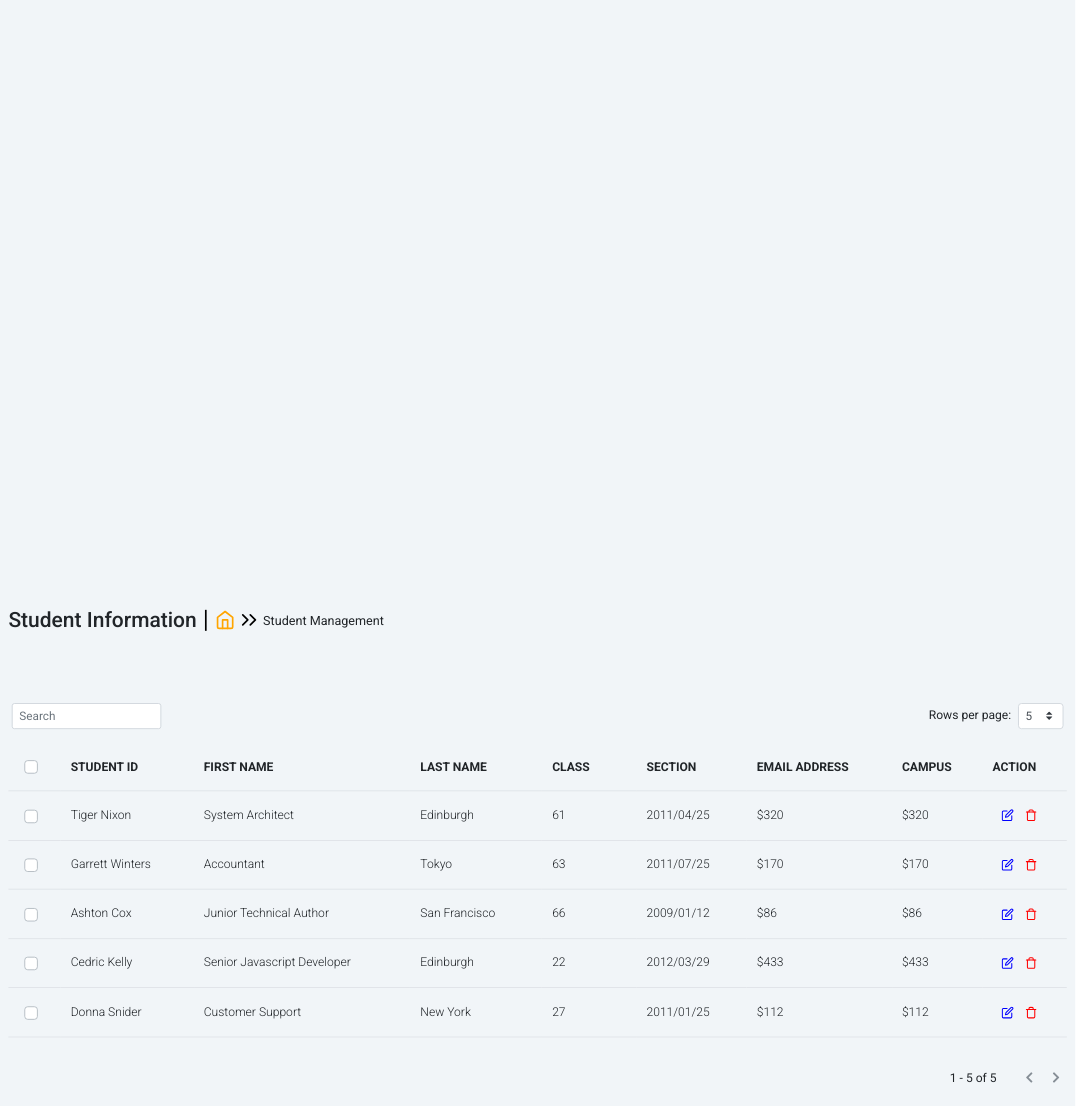
Repository: deepakrajput1998/hestabit_assignment
Page: /
The author's editor kept a copy of each file at every save. The page is drawn from the files as they stood at one save, then again after the next save.
The browser window is 1280 px wide. The page is 1285 px wide, so the pictures cover 1285 px, including what lies to the right of the window. The pictures show the whole page, at 84% of full size.
The project was rebuilt for these pictures with package versions that can differ from the ones it lists, and the page was loaded fresh each time.

Above is the page before, as saved 2021-07-25 05:19:31.

### src/index.js
import React from 'react';
import ReactDOM from 'react-dom';
import './index.css';
import App from './App';
import reportWebVitals from './reportWebVitals';
import "@fortawesome/fontawesome-free/css/all.min.css";
import "bootstrap-css-only/css/bootstrap.min.css";
import "mdbreact/dist/css/mdb.css";
ReactDOM.render(
  <React.StrictMode>
    <App />
  </React.StrictMode>,
  document.getElementById('root')
);

// If you want to start measuring performance in your app, pass a function
// to log results (for example: reportWebVitals(console.log))
// or send to an analytics endpoint. Learn more: https://bit.ly/CRA-vitals
reportWebVitals();

### src/Pages/StudentListing/StudentListing.js
import React from 'react'
import classes from "./StudentListing.module.css";
import {Home ,ChevronRight} from 'react-feather'
import DataTable from '../../Component/Common/DataTable/DataTable';
import { Sidedrawer } from '../../Component/Sidedrawer/Sidedrawer';
import { useRef } from 'react';
import Backdrop from '../../Component/Common/Backdrop/Backdrop';
const StudentListing = () => {
   const sideDrawerRef= useRef()
    return (
      <div>
          <Backdrop/>
        <Sidedrawer sideDrawerRef={sideDrawerRef} />
        <div className={classes.StudentListing_header}>
          <span className={classes.StudentListing_title}>
            Student Information
          </span>
          <div className={classes.StudentListing_seprator}></div>
          <span style={{ marginTop: "5px" }}>
            {" "}
            <Home color="orange" />
          </span>
          <span style={{ marginTop: "5px" }}>
            {" "}
            <ChevronRight color="black" />
            <ChevronRight style={{ marginLeft: "-15px" }} color="black" />
          </span>
          <span className={classes.StudentListing_title2}>
            Student Management
          </span>
        </div>
        <div className="">
          <DataTable sideDrawerRef={sideDrawerRef} />
        </div>
      </div>
    );
}

export default StudentListing

### src/Pages/StudentListing/StudentListing.module.css
.StudentListing_title{
    font-size: 25px;
    font-weight: 500;
}
.StudentListing_title2{
    font-size: 15px;
    font-weight: 400;
     margin-block: auto;
}
.StudentListing_seprator{
    height: 25px;
    width:2px;
    background-color: black;
    margin-block: auto;
    margin-inline: 10px;
}
.StudentListing_header{
    display: flex;
    margin-bottom: 5%;
}

### src/Component/Common/DataTable/DataTable.js
import React from "react";
import { MDBDataTableV5 } from "mdbreact";
import { Edit, Trash } from "react-feather";
import { useEffect } from "react";

export default function DataTable({sideDrawerRef,...rest}) {

    function openNav() {
    sideDrawerRef.current.style.width = "350px";
    }
  const [datatable, seatatable] = React.useState({
    columns: [
      {
        label: "STUDENT ID",
        field: "sid",
        width: 150,
        attributes: {
          "aria-controls": "DataTable",
          "aria-label": "Name",
        },
      },
      {
        label: "FIRST NAME",
        field: "fname",
        width: 270,
      },
      {
        label: "LAST NAME",
        field: "lname",
        width: 270,
      },
      {
        label: "CLASS",
        field: "class",
        width: 200,
      },
      {
        label: "SECTION",
        field: "section",
        sort: "asc",
        width: 100,
      },
      {
        label: "EMAIL ADDRESS",
        field: "email",
        sort: "disabled",
        width: 150,
      },
      {
        label: "CAMPUS",
        field: "campus",
        sort: "disabled",
        width: 100,
      },
      {
        label: "ACTION",
        field: "action",
        sort: "disabled",
        width: 100,
      },
    ],
    rows: [
      {
        sid: "Tiger Nixon",
        fname: "System Architect",
        lname: "Edinburgh",
        class: "61",
        section: "2011/04/25",
        email: "$320",
        campus: "$320",
        action: (
          <>
            <Edit style={{cursor:'pointer', marginInline:'10px'}} color='blue' size={15} />{" "}
            <Trash color='red' size={15} />
          </>
        ),
      },
      {
        sid: "Garrett Winters",
        fname: "Accountant",
        lname: "Tokyo",
        class: "63",
        section: "2011/07/25",
        email: "$170",
        campus: "$170",
        action: (
          <>
            <Edit style={{cursor:'pointer', marginInline:'10px'}} onClick={()=>{
                openNav()
            }} color='blue' size={15} /> <Trash color='red'  size={15} />
          </>
        ),
      },
      {
        sid: "Ashton Cox",
        fname: "Junior Technical Author",
        lname: "San Francisco",
        class: "66",
        section: "2009/01/12",
        email: "$86",
        campus: "$86",
        action: (
          <>
            <Edit style={{cursor:'pointer', marginInline:'10px'}} color='blue' size={15} /> <Trash color='red'  size={15} />
          </>
        ),
      },
      {
        sid: "Cedric Kelly",
        fname: "Senior Javascript Developer",
        lname: "Edinburgh",
        class: "22",
        section: "2012/03/29",
        email: "$433",
        campus: "$433",
        action: (
          <>
            <Edit style={{cursor:'pointer', marginInline:'10px'}} color='blue' size={15} /> <Trash color='red'  size={15} />
          </>
        ),
      },

      {
        sid: "Donna Snider",
        fname: "Customer Support",
        lname: "New York",
        class: "27",
        section: "2011/01/25",
        email: "$112",
        campus: "$112",
        action: (
          <>
            <Edit style={{cursor:'pointer', marginInline:'10px'}} color='blue' size={15} /> <Trash color='red'  size={15} />
          </>
        ),
      },
    ],
  });
  const [checkbox1, setCheckbox1] = React.useState("");

  const showLogs2 = (e) => {
    setCheckbox1(e);
  };

  return (
    <>
      <MDBDataTableV5
        hover
        entriesOptions={[5, 20, 25]}
        entries={5}
        pagesAmount={4}
        data={datatable}
        checkbox
        headCheckboxID="id41"
        bodyCheckboxID="checkboxes41"
        getValueCheckboxes={(e) => {
          showLogs2(e);
        }}
        getValueAllCheckBoxes={(e) => {
          showLogs2(e);
        }}
        multipleCheckboxes
        filledCheckboxes
        pagingTop
        searchTop
        searchBottom={false}

      />
    </>
  );
}

### src/Component/Sidedrawer/Sidedrawer.js
import React from 'react'
import { useRef } from 'react';
import classes from "./Sidedrawer.module.css";

export const Sidedrawer = ({onOpenClick,...rest}) => {


    function closeNav() {
     rest.sideDrawerRef.current.style.width = "0";
    }
    return (
      <div>
        <div
          ref={rest.sideDrawerRef}
          id="mySidenav"
          className={classes.sidenav}
        >
          <div style={{ display: "flex" }}>
            {" "}
            <span className={classes.sidenav_title} >Edit Student</span>
            <span
              href="javascript:void(0)"
              className={classes.closebtn}
              onClick={() => {
                closeNav();
              }}
            >
              &times;
            </span>
          </div>
          <div className={classes.sidenav_container}>
           hi
          </div>
        </div>
      </div>
    );
}

### src/Component/Common/Backdrop/Backdrop.js
import React from "react";
import classes from "./Backdrop.module.css";
const Backdrop = ({ onCancelHandler, ...rest }) => {
  return (
    <div onClick={() => onCancelHandler()} className={classes.BackDrop}></div>
  );
};
export default Backdrop;

### src/Component/Sidedrawer/Sidedrawer.module.css
.sidenav {
  height: 100%;
  width: 0;
  position: fixed;
  z-index: 2;
  top: 0;
  right: 0;
  background-color: #fff;
  overflow-x: hidden;
  transition: 0.5s;


}
.sidenav_container{

 padding: 18px;
 padding-top: 60px;
}





.sidenav .closebtn {
  position: absolute;
  top: -5px;
  right: 5px;
  font-size: 36px;
 text-decoration: none;
  font-size: 35px;
  color: #818181;
  transition: 0.3s;
      cursor: pointer;
}
.closebtn :hover{
    color: black;

}

@media screen and (max-height: 450px) {
  .sidenav {padding-top: 15px;}
  .sidenav a {font-size: 18px;}
}
.sidenav_title{
    font-weight: 400;
    font-size: 20px;
    margin-inline: 20px;
}

### src/Component/Common/Backdrop/Backdrop.module.css
.BackDrop {
  width: 100%;
  height: 100vh;
  background-color: #111;
  opacity: 0;
  z-index: 1;
}

Loaded but not shown: public/index.html (common file); src/index.css (common file); src/App.js (common file); src/reportWebVitals.js (common file); src/App.css (common file)

After the next save:
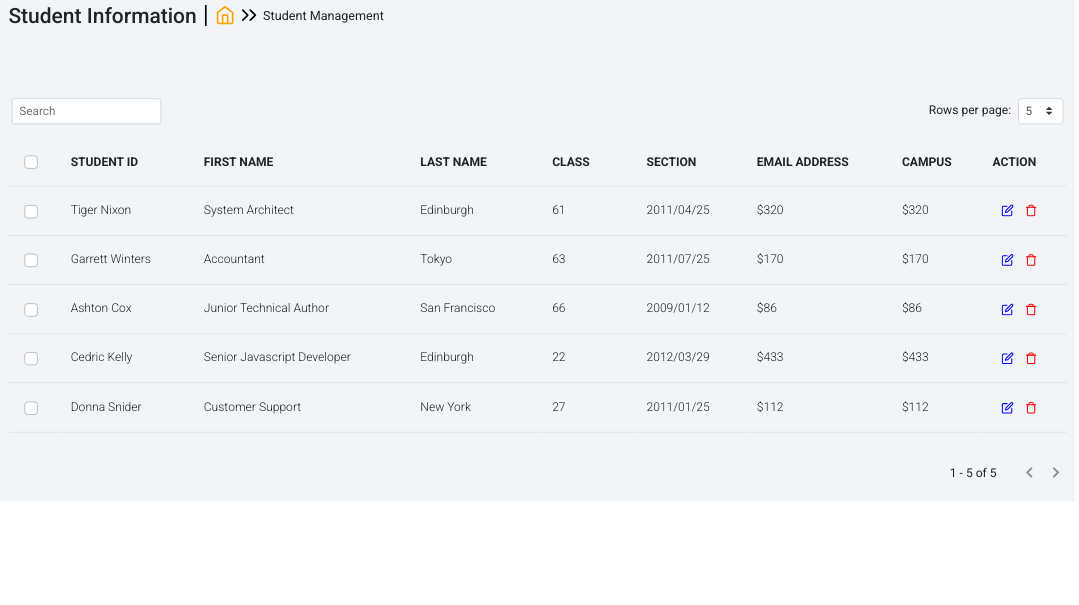
Saved 44 s later.
--- a/src/Pages/StudentListing/StudentListing.js
+++ b/src/Pages/StudentListing/StudentListing.js
@@ -4,12 +4,10 @@ import {Home ,ChevronRight} from 'react-feather'
 import DataTable from '../../Component/Common/DataTable/DataTable';
 import { Sidedrawer } from '../../Component/Sidedrawer/Sidedrawer';
 import { useRef } from 'react';
-import Backdrop from '../../Component/Common/Backdrop/Backdrop';
 const StudentListing = () => {
    const sideDrawerRef= useRef()
     return (
       <div>
-          <Backdrop/>
         <Sidedrawer sideDrawerRef={sideDrawerRef} />
         <div className={classes.StudentListing_header}>
           <span className={classes.StudentListing_title}>
